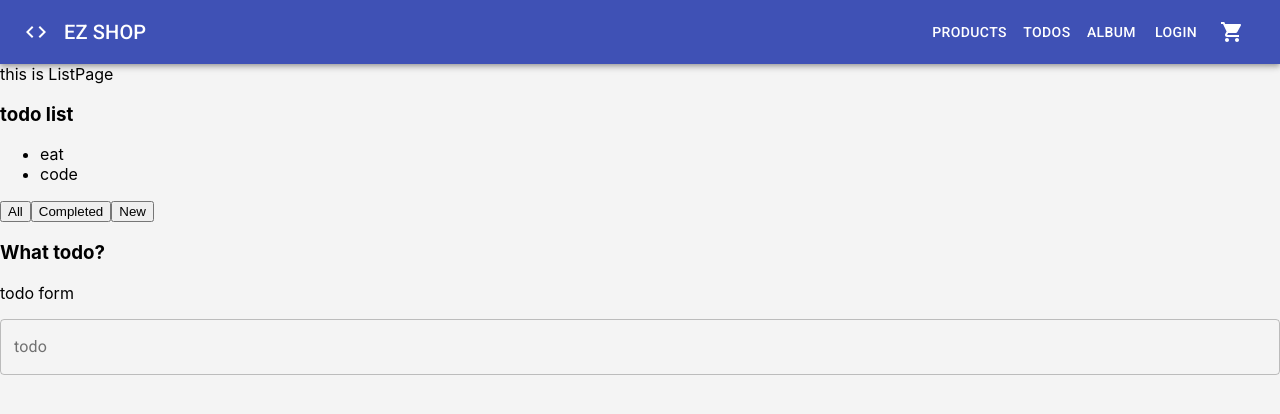
Repository: anhmuoi/learn-reactjs
Page: /todos
An editor plug-in stored every save of this project. The page is shown before and after a run of saves, followed by the edit.
The browser window is 1280 px wide. The pictures show the whole page.
The project was rebuilt for these pictures with package versions that can differ from the ones it lists, and the page was loaded fresh each time. Also part of the build but not shown: src/components/form-controls/PasswordField/index.js, src/features/Auth/components/LoginForm/index.jsx, src/features/Auth/components/Login/index.jsx, src/features/Auth/components/RegisterForm/index.jsx, src/features/Auth/components/Register/index.jsx, src/features/album/components/Album/index.jsx, src/features/album/components/AlbumList/style.scss, src/features/album/components/AlbumList/index.jsx and 28 more. Imported but missing from the stored project, and not drawn on this page: src/features/Product/components/ProductAdditional.jsx, src/features/Product/components/ProductReviews.jsx.

Above is the page before, as saved 2021-09-26 08:30:50.

### src/App.js
import categoryApi from "api/categoryApi.js";
import Header from "components/Header/index.jsx";
import AlbumFeature from "features/album/index.jsx";
import CartFeature from "features/Cart/index.jsx";
import ProductFeature from "features/Product/index.jsx";
import React, { useEffect } from "react";
import { Redirect, Route, Switch } from "react-router";
import "./App.css";
import NoteFound from "./components/NotFound";
import CounterFeature from "./features/Counter/index.jsx";
import TodoFeature from "./features/Todo";

function App() {

  // useEffect(() => {
  //   const fetchCategories = async  () => {
  //     const categories = await categoryApi.get(1);


  //   }

  //   fetchCategories();
  // }, [])


  return (
    <div className="App">
    <Header/>
      <Switch>
        <Redirect from="/home" to="/" exact></Redirect>
        <Redirect
          from="/posts-list/:postId"
          to="/posts/:postId"
          exact
        ></Redirect>

        <Route path="/" component={CounterFeature} exact />
        <Route path="/todos" component={TodoFeature}></Route>
        <Route path="/album" component={AlbumFeature}></Route>
        <Route path='/products' component={ProductFeature} />
        <Route path='/cart' component={CartFeature} />
        <Route component={NoteFound}></Route>
      </Switch>
    </div>
  );
}

export default App;

### src/app/store.js
import counterReducer from "../features/Counter/counterSlice.js";
import userReducer from '../features/Auth/userSlice.js'
import cartReducer from '../features/Cart/cartSlice.js'
const { configureStore } = require("@reduxjs/toolkit");

const rootReducer = {
  counter: counterReducer,
  user: userReducer,
  cart: cartReducer,
};

const store = configureStore({
  reducer: rootReducer,
});
export default store;

### src/api/categoryApi.js
const { default: axiosClient } = require("./axiosClient.js");

const categoryApi = {
    getAll(params){
        const url = '/categories';
        return axiosClient.get(url,{ params });
    },
    get(id) {
        const url = `/categories/${id}`;
        return axiosClient.get(url);
    },
    add(data) {
        const url = '/categories';
        return axiosClient.post(url, data);
    },
    update(data) {
        const url = `/categories/${data.id}`;
        return axiosClient.patch(url, data);
    },
    remove(id) {
        const url = `/categories/${id}`;
        return axiosClient.delete(url);
    }
};

export default categoryApi;

### src/components/Header/index.jsx
import { Badge, Box, IconButton } from "@material-ui/core";
import AppBar from "@material-ui/core/AppBar";
import Button from "@material-ui/core/Button";
import Dialog from "@material-ui/core/Dialog";
import DialogContent from "@material-ui/core/DialogContent";
import Menu from "@material-ui/core/Menu";
import MenuItem from "@material-ui/core/MenuItem";
import { makeStyles } from "@material-ui/core/styles";
import Toolbar from "@material-ui/core/Toolbar";
import Typography from "@material-ui/core/Typography";
import {
  AccountCircle, Close, ShoppingCart
} from "@material-ui/icons";
import CodeIcon from "@material-ui/icons/Code";
import Login from "features/Auth/components/Login/index.jsx";
import Register from "features/Auth/components/Register/index.jsx";
import { logout } from "features/Auth/userSlice.js";
import { cartItemCountSelector } from "features/Cart/selectors.js";
import React, { useState } from "react";
import { useDispatch, useSelector } from "react-redux";
import { Link, NavLink, useHistory } from "react-router-dom";

const useStyles = makeStyles((theme) => ({
  root: {
    flexGrow: 1,
  },
  menuButton: {
    marginRight: theme.spacing(2),
  },
  title: {
    flexGrow: 1,
  },
  link: {
    color: "#fff",
    textDecoration: "none",
  },
  closeButton: {
    position: "absolute",
    top: theme.spacing(1),
    right: theme.spacing(1),
    color: theme.palette.grey[500],
    zIndex: "1",
  },
  menu: {
    top: theme.spacing(5),
    "margin-top": theme.spacing(6),
  },
}));

const MODE = {
  LOGIN: "login",
  REGISTER: "register",
};

export default function Header() {
  const classes = useStyles();

  const LoggedIn = useSelector((state) => state.user);

  const cartItemCount = useSelector(cartItemCountSelector);

  const history = useHistory();

  const isLoggedIn = LoggedIn.current.id;

  const [mode, setMode] = useState(MODE.LOGIN);

  const [open, setOpen] = useState(false);

  const [anchorEl, setAnchorEl] = useState(null);

  const dispatch = useDispatch();

  const handleClickOpen = () => {
    setOpen(true);
  };

  const handleClose = () => {
    setOpen(false);
  };

  const handleClickMenu = (event) => {
    setAnchorEl(event.currentTarget);
  };

  const handleCloseMenu = () => {
    setAnchorEl(null);
  };

  const handleLogOut  = () => {
    handleCloseMenu();
    const action = logout();
    dispatch(action);
  }

  const handleCartClick  = () => {
    history.push('/cart')
  }



  return (
    <div className={classes.root}>
      <AppBar position="static">
        <Toolbar>
          <CodeIcon className={classes.menuButton} />

          <Typography variant="h6" className={classes.title}>
            <Link className={classes.link} to="/">
              EZ SHOP
            </Link>
          </Typography>
          <NavLink
            className={classes.link}
            to="/products"
            activeClassName="active-menu"
          >
            <Button color="inherit">Products</Button>
          </NavLink>
          <NavLink
            className={classes.link}
            to="/todos"
            activeClassName="active-menu"
          >
            <Button color="inherit">Todos</Button>
          </NavLink>
          <NavLink
            className={classes.link}
            to="/album"
            activeClassName="active-menu"
          >
            <Button color="inherit">Album</Button>
          </NavLink>
          {!!isLoggedIn && (
            <IconButton aria-haspopup="true" onClick={handleClickMenu}>
              <AccountCircle
                className={classes.link}
                color="inherit"
              ></AccountCircle>
            </IconButton>
          )}
          {!!!isLoggedIn && (
            <Button onClick={handleClickOpen} color="inherit">
              Login
            </Button>
          )}
          <IconButton onClick={handleCartClick} aria-label="show 4 new mails" color="inherit">
          <Badge badgeContent={cartItemCount} color="secondary">
            <ShoppingCart></ShoppingCart>
          </Badge>
        </IconButton>
        </Toolbar>
      </AppBar>

      <Menu
        className={classes.menu}
        id="simple-menu"
        anchorEl={anchorEl}
        keepMounted
        open={Boolean(anchorEl)}
        onClose={handleCloseMenu}
      >
        <MenuItem onClick={handleCloseMenu}>Profile</MenuItem>
        <MenuItem onClick={handleCloseMenu}>My account</MenuItem>
        <MenuItem onClick={handleLogOut}>Logout</MenuItem>
      </Menu>

      <Dialog
        disableEscapeKeyDown
        open={open}
        aria-labelledby="alert-dialog-title"
        aria-describedby="alert-dialog-description"
      >
        <IconButton className={classes.closeButton} onClick={handleClose}>
          <Close></Close>
        </IconButton>
        <DialogContent>
          {mode === MODE.REGISTER && (
            <>
              <Register closeDialog={handleClose} />
              <Box textAlign="center">
                <Button color="primary" onClick={() => setMode(MODE.LOGIN)}>
                  Already have an account. Login here
                </Button>
              </Box>
            </>
          )}
          {mode === MODE.LOGIN && (
            <>
              <Login closeDialog={handleClose} />
              <Box textAlign="center">
                <Button color="primary" onClick={() => setMode(MODE.REGISTER)}>
                  Dont have an account. Register here
                </Button>
              </Box>
            </>
          )}
        </DialogContent>
      </Dialog>
    </div>
  );
}

### src/features/Todo/index.jsx

import React, { useState } from 'react';
import { Route, Switch, useRouteMatch } from 'react-router-dom';
import NoteFound from '../../components/NotFound';
import TodoList from './components/TodoList/index.jsx';
import DetailPage from './pages/DetailPage';
import ListPage from './pages/ListPage';

TodoFeature.propTypes = {

};

function TodoFeature(props) {





    const match = useRouteMatch();


    return (
        <div>
        <Switch>
            <Route path={match.path} component={ListPage} exact></Route>
            <Route path={`${match.path}/:todoId`} component={DetailPage} exact></Route>
            <Route component={NoteFound}></Route>
        </Switch>

        </div>
    );
}

export default TodoFeature;

### src/features/Counter/counterSlice.js
const { createSlice } = require("@reduxjs/toolkit");

const counterSlice = createSlice({
  name: "counter",
  initialState: 0,
  reducers: {
    increase(state, action) {
      return state + 1;
    },
    decrease(state, action) {
      return state - 1;
    },
  },
});

const { actions, reducer } = counterSlice;
export const { increase, decrease } = actions;
export default reducer;

### src/features/Auth/userSlice.js
import { createSlice, createAsyncThunk} from "@reduxjs/toolkit";

import userApi from "api/userApi.js";
import storageKeys from "constants/storage-key.js";

export const register = createAsyncThunk(
    'user/register',
    async (payload) => {
      //call api
      const data = await userApi.register(payload);
      // save data to localStorage
      localStorage.setItem(storageKeys.TOKEN,data.jwt);
      localStorage.setItem(storageKeys.USER, JSON.stringify(data.user));

      return data.user;
    }
  )
  export const login = createAsyncThunk(
    'user/login',
    async (payload) => {
      //call api
      const data = await userApi.login(payload);
      // save data to localStorage
      localStorage.setItem(storageKeys.TOKEN,data.jwt);
      localStorage.setItem(storageKeys.USER, JSON.stringify(data.user));

      return data.user;
    }
  )

const userSlice = createSlice({
  name: "user",
  initialState: {
      current: JSON.parse(localStorage.getItem(storageKeys.USER) ) ||{},
      setting: {}
  },
  reducers: {
    logout(state) {

      localStorage.removeItem(storageKeys.TOKEN);
      localStorage.removeItem(storageKeys.USER);

      state.current = {}
    }

  },
  extraReducers: {
    [register.fulfilled]: (state, action) => {
      state.current = action.payload;
    },
    [login.fulfilled]: (state, action) => {
      state.current = action.payload;
    }
  }
});

const { actions, reducer } = userSlice;
export const {  logout} = actions;
export default reducer;

### src/features/Cart/cartSlice.js
import { createSlice } from "@reduxjs/toolkit";

const initialState = {
  showMiniCart: false,
  cartItems: [],
};

const cartSlice = createSlice({
  name: "cart",
  initialState,
  reducers: {
    showMiniCart(state) {
      state.showMiniCart = true;
    },
    hideMiniCart(state) {
      state.showMiniCart = false;
    },
    addFromCart(state, action) {
      const newItem = action.payload;
      const index = state.cartItems.findIndex((x) => x.id === newItem.id);
      if (index >= 0) {
        state.cartItems[index].quantity += newItem.quantity;
      } else {
        state.cartItems.push(newItem);
      }
    },
    setQuantity(state, action) {
      const { id, quantity } = action.payload;
      const index = state.cartItems.findIndex((x) => x.id === id);
      if (index >= 0) {
        state.cartItems[index].quantity = quantity;
      }
    },
    removeFromCart(state, action) {
      const idNeedRemove = action.payload;
      state.cartItems = state.cartItems.filter((x) => x.id !== idNeedRemove);
    },
  },
});

export const {
  showMiniCart,
  hideMiniCart,
  addFromCart,
  removeFromCart,
  setQuantity,
} = cartSlice.actions;
export default cartSlice.reducer;

### src/api/axiosClient.js
const { default: axios } = require("axios");

const axiosClient = axios.create({
  baseURL: "https://api.ezfrontend.com/",
  headers: {
    "Content-Type": "application/json",
  },
});

// Add a request interceptor
axiosClient.interceptors.request.use(
  function (config) {
    // Do something before request is sent
    return config;
  },
  function (error) {
    // Do something with request error
    return Promise.reject(error);
  }
);

// Add a response interceptor
axiosClient.interceptors.response.use(
  function (response) {
    // Any status code that lie within the range of 2xx cause this function to trigger
    // Do something with response data
    return response.data;
  },
  function (error) {
    // Any status codes that falls outside the range of 2xx cause this function to trigger
    // Do something with response error


    const { config, status, data } = error.response;
    const URLS = ['/auth/local/register', '/auth/local'];
    if (URLS.includes(config.url) && status === 400) {
      const errorList = data.data || [];
      const firstError = errorList.length > 0 ? errorList[0] : {};
      const messageList = firstError.messages || [];
      const firstMessage = messageList.length > 0 ? messageList[0] : {};
      throw new Error(firstMessage.message);

    }

    return Promise.reject(error);
  }
);

export default axiosClient;

### src/features/Cart/selectors.js
import { createSelector } from "@reduxjs/toolkit";

const cartItemSelector = (state) => state.cart.cartItems;

export const cartItemCountSelector = createSelector(cartItemSelector, (cartItems) =>
  cartItems.reduce((count, item) => count + item.quantity, 0)
);

export const cartItemTotalSelector = createSelector(cartItemSelector, (cartItems) =>
  cartItems.reduce((total, item) => total + item.product.salePrice * item.quantity, 0)
);

### src/features/Todo/components/TodoList/index.jsx
import React from "react";
import PropTypes from "prop-types";
import classnames from "classnames";
import "./style.scss";

TodoList.propTypes = {
  todoList: PropTypes.array,
  onclickTodo: PropTypes.func,
};

TodoList.defaultProps = {
  todoList: [],
};

function TodoList(props) {
  const { todoList, onclickTodo } = props;

  const handleClick = (todo) => {
    onclickTodo(todo);
  };

  return (
    <ul className="todoList">
      {todoList.map((todo) => (
        <li
          key={todo.id}
          onClick={() => handleClick(todo)}
          className={classnames({
            completed: todo.status === "completed",
          })}
        >
          {todo.title}
        </li>
      ))}
    </ul>
  );
}

export default TodoList;

### src/features/Todo/pages/ListPage/index.jsx
import TodoList from "features/Todo/components/TodoList/index.jsx";
import React, { useState } from "react";
import TodoForm from "../../components/TodoForm";
import { useRouteMatch, useHistory, useLocation } from 'react-router-dom'
import queryString from 'query-string'


ListPage.propTypes = {};

function ListPage(props) {

  const location = useLocation();

  const history = useHistory();

  const match = useRouteMatch();

  const initTodoList = [
    {
        id: 1,
        title: 'eat',
        status: 'new',
    },
    {
        id: 2,
        title: 'sleep',
        status: 'completed',
    },
    {
        id: 3,
        title: 'code',
        status: 'new',
    },
]
const [todoList, setTodoList] = useState(initTodoList);
const [filterTodoList, setFilterTodoList] = useState('new');

const handleOnclickTodo = (todo) => {
    const newTodoList = [...todoList];
    newTodoList[todo.id - 1] = {
        ...newTodoList[todo.id - 1],
        status: todo.status === 'new' ? 'completed' : 'new',
    }
    setTodoList(newTodoList);
}

const handleClickAll  = () =>{
    setFilterTodoList('all');
    console.log(location);
    console.log(match);
    console.log(queryString.parse(location.search));
    console.log(queryString.parse(filterTodoList));

};

const handleClickCompleted  = () =>{
    setFilterTodoList('completed')
};

const handleClickNew  = () =>{
    setFilterTodoList('new')
};

const todoFilterList = todoList.filter(todo => filterTodoList === 'all' || filterTodoList === todo.status)





  const handleTodoFormSubmit = (values) => {
    console.log("form submit", values);
  };
  return (
    <div>
      this is ListPage
      <h3>todo list</h3>
      <TodoList todoList={todoFilterList} onclickTodo={handleOnclickTodo}/>
        <div>
            <button onClick={handleClickAll}>All</button>
            <button onClick={handleClickCompleted}>Completed</button>
            <button onClick={handleClickNew}>New</button>
        </div>


      <h3>What todo?</h3>
      <TodoForm onSubmit={handleTodoFormSubmit} />
    </div>
  );
}

export default ListPage;

### src/api/userApi.js
import axiosClient from "./axiosClient.js";


const userApi = {

    register(data) {
        const url = '/auth/local/register';
        return axiosClient.post(url, data);
    },
    login(data) {
        const url = '/auth/local';
        return axiosClient.post(url, data);
    },
};

export default userApi;

### src/constants/storage-key.js
const storageKeys = {
    USER: 'user',
    TOKEN: 'access_token',
};

export default storageKeys;

### src/features/Todo/components/TodoList/style.scss
.todoList {
    & > li {
        cursor: pointer;

    }
    & > li.completed {
        font-style: italic;
        text-decoration: line-through;

    }
}

### src/features/Todo/components/TodoForm/index.jsx
import { yupResolver } from '@hookform/resolvers/yup';
import InputField from "components/form-controls/InputField/index.jsx";
import PropTypes from "prop-types";
import React from "react";
import { useForm } from "react-hook-form";
import * as yup from "yup";




TodoForm.propTypes = {
  onSubmit: PropTypes.func,
};

function TodoForm(props) {
  const {onSubmit} = props;

  const schema = yup.object().shape({
      title: yup.string().required("Please enter title"),
  });
  const form = useForm({
    defaultValues: {
      title: "",
    },
    resolver: yupResolver(schema)
  });

  const handleSubmit = (values) => {
    onSubmit(values);
  };

  return (
    <form onSubmit={form.handleSubmit(handleSubmit)}>
      todo form
      <InputField form={form} name="title" label="todo" />
    </form>
  );
}

export default TodoForm;

### src/components/form-controls/InputField/index.jsx
import { TextField } from "@material-ui/core";
import PropTypes from "prop-types";
import React from "react";
import { Controller } from "react-hook-form";

InputField.propTypes = {
  form: PropTypes.object.isRequired,
  name: PropTypes.string.isRequired,

  label: PropTypes.string,
  disabled: PropTypes.bool,
};

function InputField(props) {
  const { form, name, label, disabled} = props;
  const { formState } = form;

  const hasError = !!(formState.errors[name]);


  return (
    <Controller
      name={name}
      control={form.control}
      disabled={disabled}
      render={({ field }) => (

        <TextField
          {...field}


          fullWidth

          label={label}
          margin='normal'
          variant="outlined"
          error={hasError}
          helperText={formState.errors[name]?.message}

        />

      )}
    />
  );
}

export default InputField;

Loaded but not shown: public/index.html (common file); src/index.js (common file); src/index.css (common file); src/reportWebVitals.js (common file); src/App.css (common file)

After the next 5 saves:
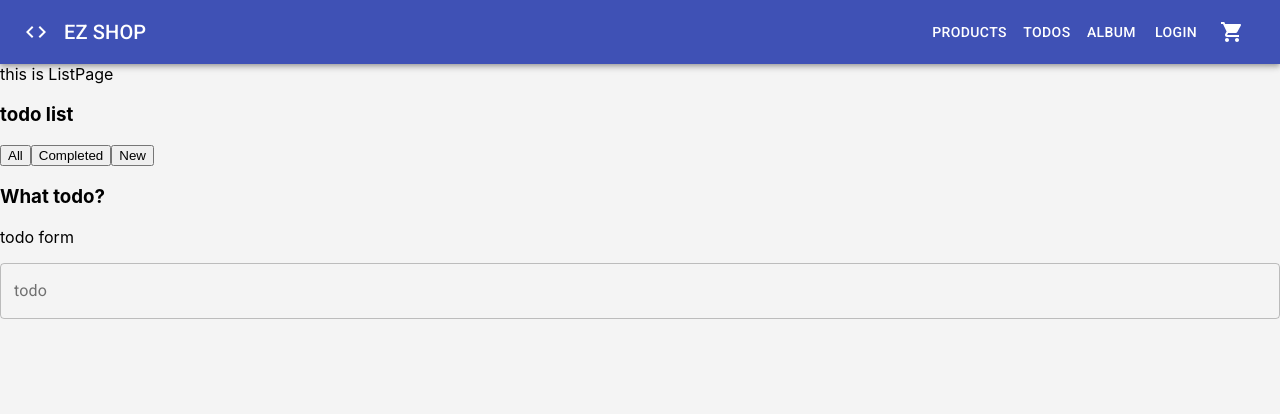
The 5 saves are shown as one change because they came seconds apart.
The last was saved 17 s later.
--- a/src/features/Todo/pages/ListPage/index.jsx
+++ b/src/features/Todo/pages/ListPage/index.jsx
@@ -33,7 +33,9 @@ function ListPage(props) {
     },
 ]
 const [todoList, setTodoList] = useState(initTodoList);
-const [filterTodoList, setFilterTodoList] = useState('new');
+const [filterTodoList, setFilterTodoList] = useState(()=>{
+
+});
 
 const handleOnclickTodo = (todo) => {
     const newTodoList = [...todoList];
